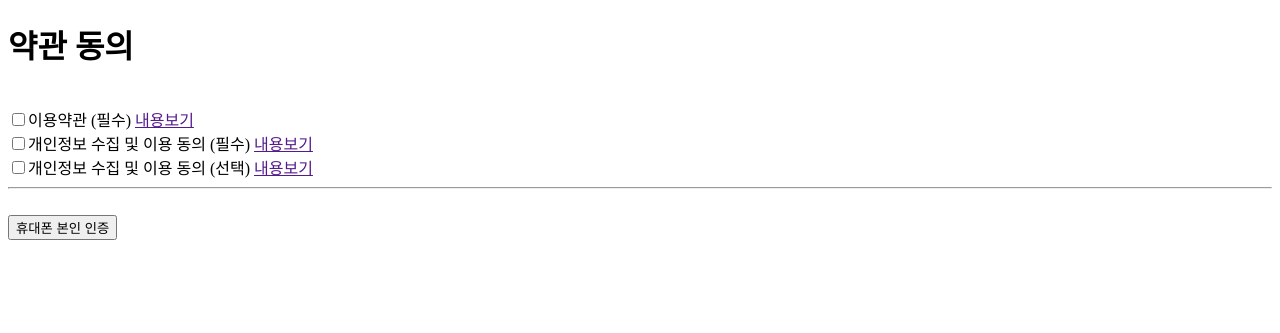
Repository: bongbongi/book1
Page: http://localhost/book/WEB-INF/views/member/join-ts.jsp
These files come from the project's save history. The page is drawn as it stood at one moment and after the next save; the edit follows.
The browser window is 1280 px wide. The pictures show the whole page.
The page is served by Tomcat 9. Nobody is signed in. The template is opened directly, without the code that normally fills it, so the values that code supplies are empty.

Above is the page before, as saved 2023-01-03 06:07:06.

After the next save:
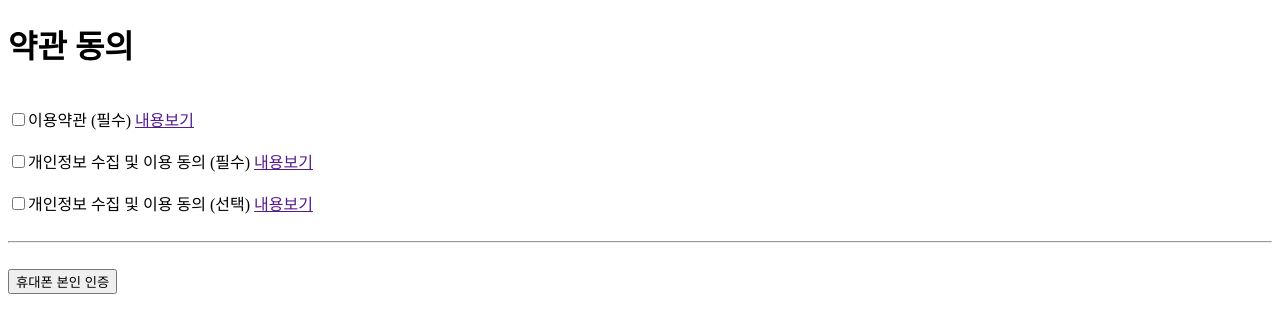
Saved 9 s later.
--- a/book/src/main/webapp/WEB-INF/views/member/join-ts.jsp
+++ b/book/src/main/webapp/WEB-INF/views/member/join-ts.jsp
@@ -9,9 +9,9 @@
 <body>
 
 <h1>약관 동의</h1><Br>
-<input type="checkbox">이용약관 (필수) <a href="">내용보기</a><br>
-<input type="checkbox">개인정보 수집 및 이용 동의 (필수) <a href="">내용보기</a><br>
-<input type="checkbox">개인정보 수집 및 이용 동의 (선택) <a href="">내용보기</a><br>
+<input type="checkbox">이용약관 (필수) <a href="">내용보기</a><br><br>
+<input type="checkbox">개인정보 수집 및 이용 동의 (필수) <a href="">내용보기</a><br><br>
+<input type="checkbox">개인정보 수집 및 이용 동의 (선택) <a href="">내용보기</a><br><br>
 <hr>
 <br>
 <a ><button>휴대폰 본인 인증</button></a>
